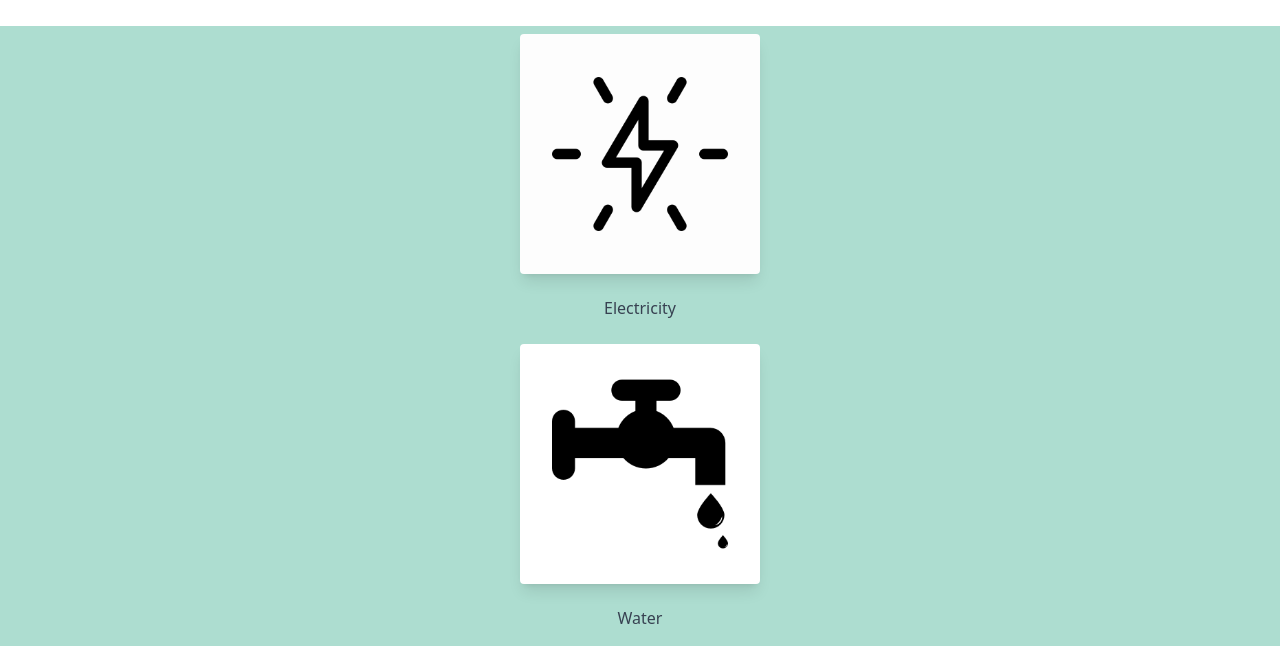
Repository: theamgri/Dormitory-Management-System
Page: home.html
These files come from the project's save history. The page is drawn as it stood at one moment and after the next save; the edit follows.
The browser window is 1280 px wide. The pictures show the part of the page from y = 1018 to 1664 px (the page is 1664 px tall before and 1354 px after).
A picture or video elsewhere on the page could not be fetched, so the positions and the page height are approximate. Some web libraries are served in a nearby version.

Above is the page before, as saved 2022-12-02 16:02:30.

### home.html
<!DOCTYPE html>
<html lang="en">
<head>
    <script src="https://cdn.tailwindcss.com"></script>
    <meta charset="UTF-8">
    <meta http-equiv="X-UA-Compatible" content="IE=edge">
    <meta name="viewport" content="width=device-width, initial-scale=1.0">
    <title>Home</title>
    <link rel="icon" type="image/x-icon" href="logo.png">


    <nav class="bg-white border-gray-200 px-2 sm:px-4 py-1 rounded dark:bg-gray-100">
        <div class="container flex flex-wrap items-center justify-between mx-auto">
          <a href="/" class="flex sm:items-left">
              <img src="logo.png" class="h-11" alt="KM Logo" />
              <span class="self-center align-middle pl-2 text-2xl font-Montserrat font-bold whitespace-nowrap" style="color: #22215B">Kuya Mic's Dormitory </span>
          </a>

          <button data-collapse-toggle="navbar-default" type="button" class="inline-flex items-center p-2 ml-3 text-sm text-gray-500 rounded-lg md:hidden hover:bg-gray-100 focus:outline-none focus:ring-2 focus:ring-gray-200 dark:text-gray-400 dark:hover:bg-gray-700 dark:focus:ring-gray-600" aria-controls="navbar-default" aria-expanded="false">
          <svg class="w-6 h-6" aria-hidden="true" fill="currentColor" viewBox="0 0 20 20" xmlns="http://www.w3.org/2000/svg"><path fill-rule="evenodd" d="M3 5a1 1 0 011-1h12a1 1 0 110 2H4a1 1 0 01-1-1zM3 10a1 1 0 011-1h12a1 1 0 110 2H4a1 1 0 01-1-1zM3 15a1 1 0 011-1h12a1 1 0 110 2H4a1 1 0 01-1-1z" clip-rule="evenodd"></path></svg>
          </button>
          <div class="hidden w-full md:block md:w-auto" id="navbar-default">
            <ul class="flex flex-col p-4 mt-4 border border-gray-100 rounded-lg md:flex-row md:space-x-8 md:mt-0 md:text-sm md:font-medium md:border-0">
              <li>
                <a href="#" class="block shadow-xl bg-gray-100 font-Montserrat rounded-3xl text-base md:text-gray-700 md:p-4" aria-current="page">Dashboard</a>
              </li>
              <li>
                <a href="#" class="block shadow-xl bg-gray-100 font-Montserrat rounded-3xl text-base md:text-gray-700 md:p-4" aria-current="page">Reservations</a>
              </li>
              <li>
                <a href="index.html" class="block font-Montserrat rounded text-base md:text-gray-700 md:p-4" aria-current="page">Logout</a>
              </li>
              <li>
                <a href="#" class="block py-2 pl-0 pr-4" aria-current="page"><img src="https://icones.pro/wp-content/uploads/2021/02/icone-utilisateur-gris.png" class="h-1 mr-3 sm:h-10" alt="KM Logo" /></a>
              </li>
            </ul>
          </div>

        </div>
      </nav>

</head>
<body>
    <div class="self-center text-center p-4">
    <h1 class="mb-4 text-4xl font-Montserrat font-base tracking-tight md:text-5xl" style="color: #7D7F88">Welcome,</h1>
    <h1 class="mb-4 text-4xl font-medium tracking-tight text-gray-900 md:text-5xl">Admin</h1>
</div>

<div class="items-center py-10 text-center mx-6 font-Montserrat">
  <div class="inline-block md:w-32 lg:w-60 sm:mx-6 mt-3 max-w-sm rounded overflow-hidden shadow-lg" style="background-color: #ADDDD0">
    <img style="padding: 2rem;" src="wallet.png" alt="Sunset in the mountains">
    <div class="px-6 py-4">

      <p class="text-gray-700 text-base">
       Pending Bills
      </p>
    </div>

  </div>


  <div class="inline-block md:w-32 lg:w-60 sm:mx-6 sm:mt-3 sm:max-w-sm rounded overflow-hidden shadow-lg" style="background-color: #ADDDD0">
    <img style="padding: 2rem;" src="eye.png" alt="Sunset in the mountains">
    <div class="px-6 py-4">

      <p class="text-gray-700 text-base">
        Payment Activity
      </p>
    </div>

  </div>

  <div class="inline-block md:w-32 lg:w-60 sm:mx-6 sm:mt-2 sm:max-w-sm rounded overflow-hidden shadow-lg" style="background-color: #ADDDD0">
    <img style="padding: 2rem;" src="servicereq.png" alt="Pending Registration">
    <div class="px-6 py-4">
      <p class="text-gray-700 text-base">
        Pending Service Request
      </p>
    </div>
  </div>



  <div class="inline-block md:w-32 lg:w-60 sm:mx-6 sm:mt-3 sm:max-w-sm rounded overflow-hidden shadow-lg" style="background-color: #ADDDD0">
    <img style="padding: 2rem;" src="penreg.png" alt="Pending Registration">
    <div class="px-6 py-4">
      <p class="text-gray-700 text-base">
        Pending Registration
      </p>
    </div>
  </div>


  </div>

<div class="items-center py-10 text-center mx-6 font-Montserrat">

  <div class="inline-block md:w-32 lg:w-60 sm:mx-6 sm:mt-3 sm:max-w-sm rounded overflow-hidden shadow-lg" style="background-color: #ADDDD0">
    <img style="padding: 2rem;" src="tenant.png" alt="Sunset in the mountains">
    <div class="px-6 py-4">

      <p class="text-gray-700 text-base">
       Tenants
      </p>
    </div>

  </div>


  <div class="inline-block md:w-32 lg:w-60 sm:mx-6 sm:mt-3 sm:max-w-sm rounded overflow-hidden shadow-lg" style="background-color: #ADDDD0">
    <img style="padding: 2rem;" src="leave.png" alt="Sunset in the mountains">
    <div class="px-6 py-4">

      <p class="text-gray-700 text-base">
        Tenant Request to Leave
      </p>
    </div>

  </div>

  <div class="inline-block md:w-32 lg:w-60 sm:mx-6 sm:mt-3 sm:max-w-sm rounded overflow-hidden shadow-lg" style="background-color: #ADDDD0">
    <img style="padding: 2rem;" src="logstatus.png" alt="Pending Registration">
    <div class="px-6 py-4">
      <p class="text-gray-700 text-base">
        Tenant Log Status
      </p>
    </div>
  </div>



  <div class="inline-block md:w-32 lg:w-60 sm:mx-6 sm:mt-3 sm:max-w-sm rounded overflow-hidden shadow-lg" style="background-color: #ADDDD0">
    <img style="padding: 2rem;" src="archive.png" alt="Pending Registration">
    <div class="px-6 py-4">
      <p class="text-gray-700 text-base">
        Archive
      </p>
    </div>
  </div>



</div>

<div class="items-center px-10 text-center bg-slate-100" style="background-color: #ADDDD0">
  <div class="inline-block md:w-32 lg:w-60 sm:mx-6 sm:mt-2 sm:max-w-sm rounded overflow-hidden shadow-lg" style="background-color: #fdfdfd">
    <img style="padding: 2rem;" src="electricity.png" alt="Pending Registration"></div>
    <div class="px-6 py-4">
      <p class="text-gray-700 text-base">
        Electricity
      </p>

  </div>


  <div class="inline-block md:w-32 lg:w-60 sm:mx-6 sm:mt-2 sm:max-w-sm rounded overflow-hidden shadow-lg" style="background-color: #ffffff">
    <img style="padding: 2rem;" src="water.png" alt="Pending Registration"> </div>
    <div class="px-6 py-4">
      <p class="text-gray-700 text-base">
        Water
      </p>

  </div>
</div>
</body>
</html>

After the next save:
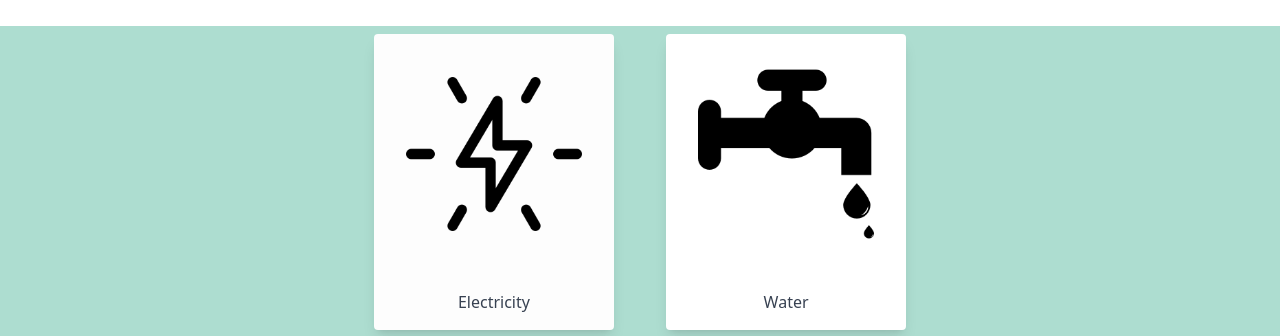
Saved 9 s later.
--- a/home.html
+++ b/home.html
@@ -144,22 +144,22 @@
 
 <div class="items-center px-10 text-center bg-slate-100" style="background-color: #ADDDD0">
   <div class="inline-block md:w-32 lg:w-60 sm:mx-6 sm:mt-2 sm:max-w-sm rounded overflow-hidden shadow-lg" style="background-color: #fdfdfd">
-    <img style="padding: 2rem;" src="electricity.png" alt="Pending Registration"></div>
+    <img style="padding: 2rem;" src="electricity.png" alt="Pending Registration">
     <div class="px-6 py-4">
       <p class="text-gray-700 text-base">
         Electricity
       </p>
-
+    </div>
   </div>
 
 
   <div class="inline-block md:w-32 lg:w-60 sm:mx-6 sm:mt-2 sm:max-w-sm rounded overflow-hidden shadow-lg" style="background-color: #ffffff">
-    <img style="padding: 2rem;" src="water.png" alt="Pending Registration"> </div>
+    <img style="padding: 2rem;" src="water.png" alt="Pending Registration">
     <div class="px-6 py-4">
       <p class="text-gray-700 text-base">
         Water
       </p>
-
+    </div>
   </div>
 </div>
 </body>
